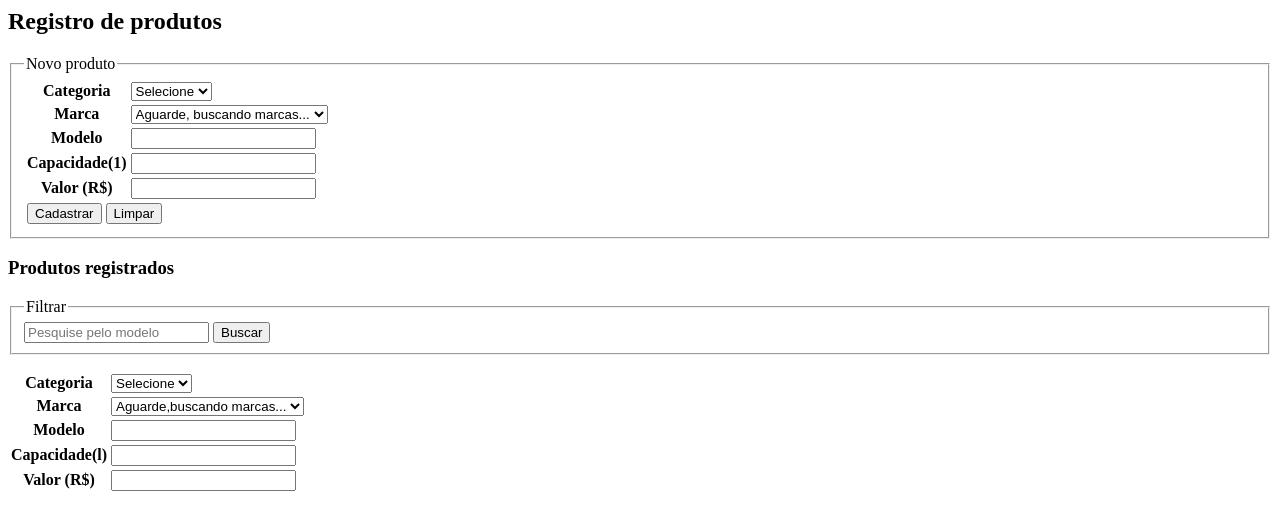
Repository: Ro4ever/ProjetoTrilhaWeb
Page: ProjetoTrilhaWeb/src/main/webapp/pages/admin/product/index.html
These files come from the project's save history. The page is drawn as it stood at one moment and after the next save; the edit follows.
The browser window is 1280 px wide. The pictures show the whole page.
Some web libraries are served in a nearby version.

Above is the page before, as saved 2024-05-08 22:45:27.
Console error: ReferenceError: COLDIGO is not defined

After the next save:
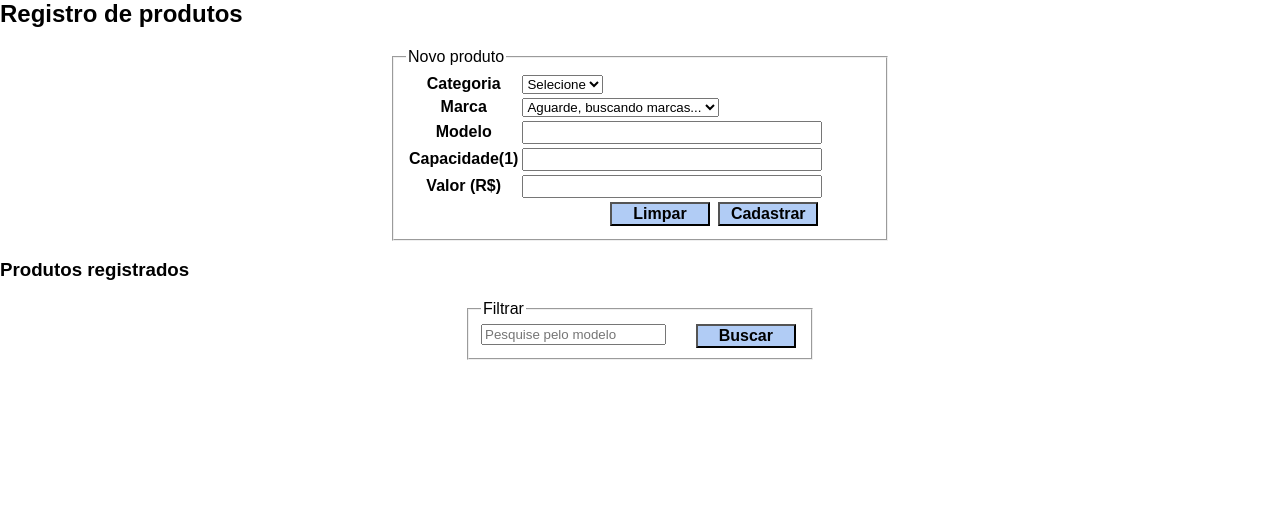
Saved 3 min 0 s later.
--- a/ProjetoTrilhaWeb/src/main/webapp/pages/admin/product/index.html
+++ b/ProjetoTrilhaWeb/src/main/webapp/pages/admin/product/index.html
@@ -1,5 +1,6 @@
 <script src="../../js/product.js"></script>
 <script src="https://cdnjs.cloudflare.com/ajax/libs/jqueryui/1.12.1/jquery-ui.min.js" integrity="sha512-uto9mlQzrs59VwILcLiRYeLKPPbS/bT71da/OEBYEwcdNUk8jYIy+D176RYoop1Da+f9mvkYrmj5MCLZWEtQuA==" crossorigin="anonymous" referrerpolicy="no-referrer"></script>
+<link rel="stylesheet" type="text/css" href="../../css/admin.css">
 <h2>Registro de produtos</h2>
 <form name="frmAddProduto" id="addProduto" class="frmInserir">
 	<fieldset>
